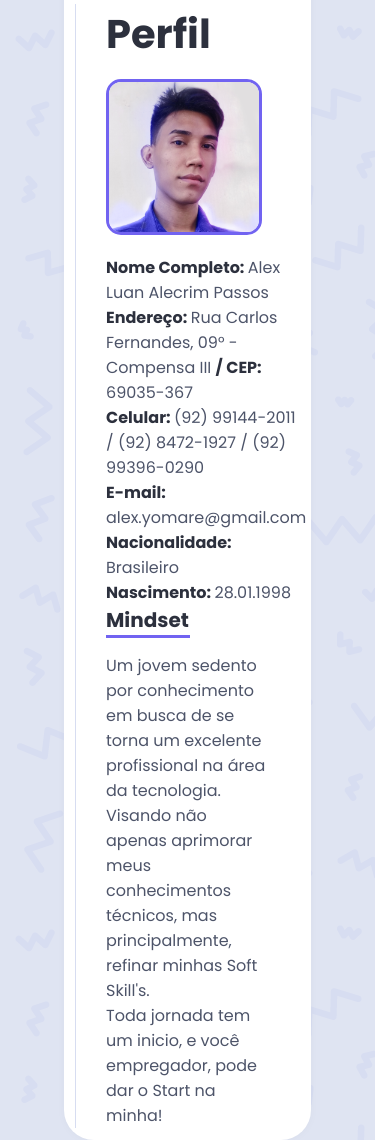
Repository: 4lex-passos/MeuPrimeiroSite
Page: index.html
The author's editor kept a copy of each file at every save. The page is drawn from the files as they stood at one save, then again after the next save.
The browser window is 375 px wide. The pictures show the whole page.

Above is the page before, as saved 2020-10-02 16:47:32.

After the next save:
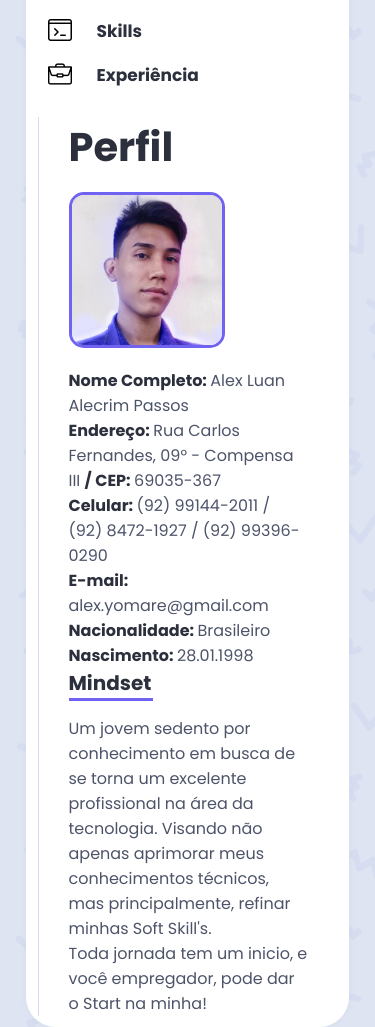
Saved 15 s later.
--- a/css/style.css
+++ b/css/style.css
@@ -320,5 +320,5 @@ div.en-superior h5{
   .box{
     display:flex;
     grid-area: b;
-    width: 60vw;
-}
+    width: 80vw;
+}
